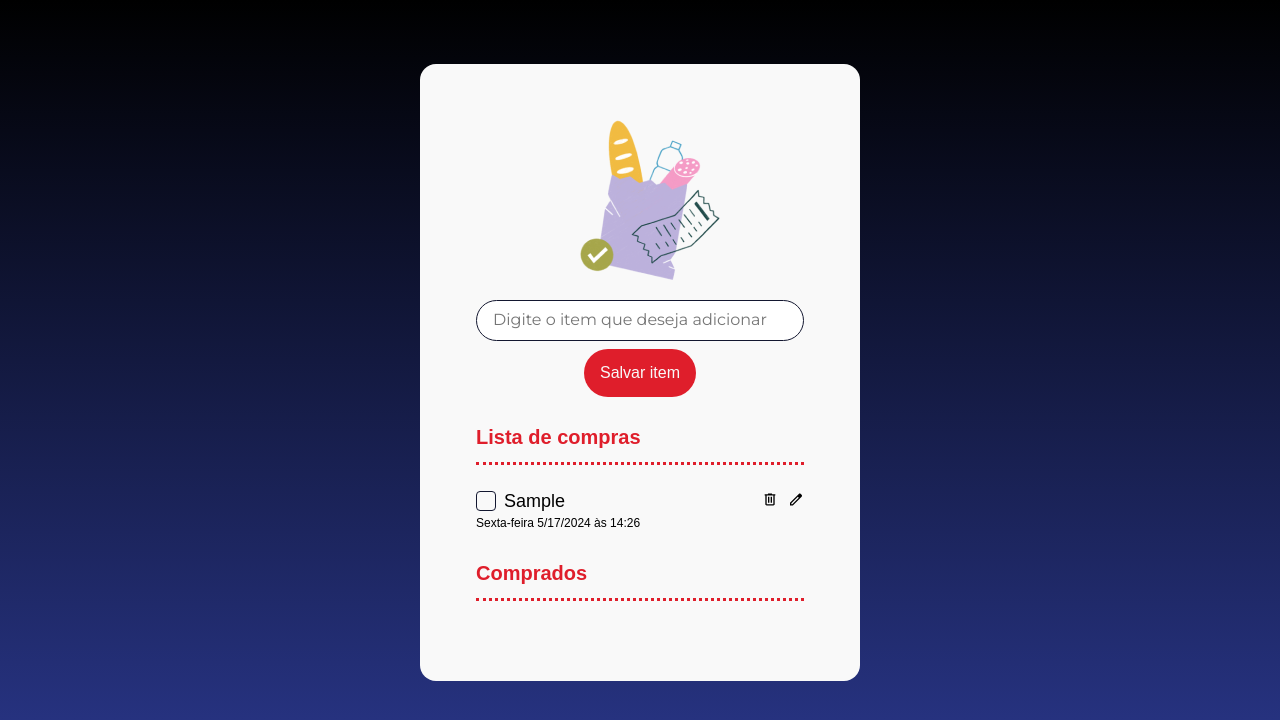
Repository: joaoPraiaJunior/compras_js
Page: index.html
The author's editor kept a copy of each file at every save. The page is drawn from the files as they stood at one save, then again after the next save.
The browser window is 1280 px wide. The pictures show the whole page.
Empty fields were first filled with sample values (such as "Sample", 5 or name@example.com).
After loading, the first visible `form.compras` was submitted once.
Some web fonts or font styles are not loaded; a fallback is used.

Above is the page before, as saved 2024-08-24 01:05:49.

### index.html
<!DOCTYPE html>
<html lang="pt-BR" dir="ltr">

<head>
    <meta charset="UTF-8">
    <meta name="viewport" content="width=device-width, initial-scale=1.0">
    <meta name="description" content="Lista de compras">
    <title>Lista de Compras</title>
    <link rel="preconnect" href="https://fonts.googleapis.com">
    <link rel="preconnect" href="https://fonts.gstatic.com" crossorigin>
    <link href="https://fonts.googleapis.com/css2?family=Krona+One&family=Montserrat&family=Numans&display=swap" rel="stylesheet">
    <link rel="stylesheet" href="./css/styles.css">
</head>

<body>
    <header>
        <img src="./img/bag.png" alt="sacola de compras">
    </header>
    <main>
        <form class="compras" data-js="form-compras">
            <input class="compras__campo" type="text" name="compra" placeholder="Digite o item que deseja adicionar" data-js="input-do-item" required>
            <button type="submit" class="compras__botao" data-js="botao-adicionar-item">Salvar item</button>
        </form>
        <h1>Lista de compras</h1>
        <hr>

        <ul class="lista" data-js="lista-de-compras">

        </ul>

        <p data-js="mensagem">Sua lista está vazia. Adicione itens a ela para não esquecer nada na próxima compra!</p>

        <h2>Comprados</h2>
        <hr>

        <ul class="comprados" data-js="itens-comprados">

        </ul>
    </main>
    <script type="module" src="./js/scripts.js"></script>
</body>

</html>

### css/styles.css
* {
    box-sizing: border-box;
    margin: 0;
    padding: 0;
}

html {
    font-size: 62.5%;
}

:root {
    --cor-primaria: #df1e2b;
    --cor-secundaria: #C2373F;
    --neutro: #F9F9F9;
    --preto: #131730;
    --fonte-titulo: "Krona One", sans-serif;
    --fonte-texto: 'Numans', sans-serif;
    --degrade-azul: linear-gradient(180deg, #000000 0%, #26327F 100%);
}

body {
    display: flex;
    flex-direction: column;
    align-items: center;
    background: var(--degrade-azul);
    background-repeat: no-repeat;
    font-size: 1.6rem;
    height: 100vh;
}

header {
    text-align: center;
    margin-top: 6.4rem;
    background-color: var(--neutro);
    border-radius: 1.6rem 1.6rem 0 0;
    padding: 5.6rem 5.6rem 1.6rem 5.6rem;
    width: 44.0rem;

}

main {
    display: flex;
    flex-direction: column;
    align-items: center;
    gap: 2.4rem;
    background-color: var(--neutro);
    border-radius: 0 0 1.6rem 1.6rem;
    padding: 0 5.6rem 5.6rem 5.6rem;
    width: 44.0rem;
}

h1, h2 {
    align-self: flex-start;
    font-family: var(--fonte-titulo);
    font-size: 2.0rem;
    color: var(--cor-primaria);
    line-height: 3.3rem;
}

hr {
    border: none;
    border-bottom: .3rem dotted var(--cor-primaria);
    margin-bottom: 2.4rem;
    width: 100%;
}

hr:empty {
    margin-top: calc(1.6rem * -1);
    margin-bottom: 0;
}

p, label {
    font-family: var(--fonte-texto);
    font-size: 1.8rem;
    font-weight: 400;
    text-align: left;
    line-height: 2.4rem;
}


.compras {
    display: flex;
    flex-direction: column;
    gap: .8rem;
    width: 100%;
}

.compras__campo {
    border: .1rem solid var(--preto);
    border-radius: 2.4rem;
    padding: 1.2rem 1.6rem;
}

.compras__campo::placeholder {
    font-family: "Montserrat", sans-serif;
    font-size: 1.6rem;
    line-height: 1.9rem;
}

.compras__botao {
    align-self: center;
    font-family: var(--fonte-texto);
    font-size: 1.6rem;
    line-height: 2.4rem;
    color: var(--neutro);
    background-color: var(--cor-primaria);
    border: none;
    border-radius: 2.4rem;
    padding: 1.2rem 1.6rem;
    cursor: pointer;
}

.lista, .comprados {
    list-style: none;
    width: 100%;
}

.lista__item {
    margin-bottom: 1.0rem;
}

.lista__item:last-child {
    margin-bottom: 0;
}

.lista__item--comprado {
    text-decoration: line-through;
}

.lista__container {
    display: flex;
    align-items: center;
    justify-content: space-between;
}

.lista__compra {
    display: flex;
    align-items: center;
}

.lista__etiqueta {
    cursor: pointer;
}

.lista__data {
    font-size: 1.2rem;
    line-height: 2.0rem;
}

.checkbox {
    display: flex;
    align-items: center;
    flex-direction: row-reverse;
    cursor: pointer;
}
.checkbox__input {
    opacity: 0;
    width: 0;
    height: 0;
}

.checkbox__customizado {
    background-color: var(--neutro);
    margin-right: .8rem;
    border: .1rem solid var(--preto);
    border-radius: .4rem;
    width: 2.0rem;
    height: 2.0rem;
    cursor: pointer
}

.checkbox__customizado--checked {
    position: relative;
    background-color: var(--preto);
}

.checkbox__customizado--checked::before {
    content: "";
    position: absolute;
    top: -10%;
    left: 30%;
    width: .5rem;
    height: 1.4rem;
    border-top: .2rem solid var(--neutro);
    border-left: .2rem solid var(--neutro);
    transform: rotate(-140deg);
}

.botao {
    display: flex;
    gap: 1.0rem;
}

.botao__excluir, .botao__editar {
    background-color: transparent;
    border: none;
    cursor: pointer;
}

### js/scripts.js
import adicionarItemDeCompra from './modulos/adicionarItemDeCompra.js';

const elementos = {
    formCompras: '[data-js="form-compras"]',
}

const formCompras = document.querySelector(elementos.formCompras);


formCompras.addEventListener('submit', adicionarItemDeCompra);

### js/modulos/adicionarItemDeCompra.js
import criarItemDaLista from './criarItemDaLista.js';
import mensagemListaVazia from './mensagemListaVazia.js';

let contadorDeItens = 0;

function adicionarItemDeCompra(evento) {

    const elementos = {
        inputDoItem: '[data-js="input-do-item"]',
        listaDeCompras: '[data-js="lista-de-compras"]',
    }

    const inputDoItem = document.querySelector(elementos.inputDoItem);
    const listaDeCompras = document.querySelector(elementos.listaDeCompras);

    evento.preventDefault();

    const itemDeCompra = inputDoItem.value;
    inputDoItem.value = '';
    contadorDeItens++;
    listaDeCompras.appendChild(criarItemDaLista(itemDeCompra, contadorDeItens));
    mensagemListaVazia(listaDeCompras);
}

export default adicionarItemDeCompra;

### js/modulos/criarItemDaLista.js
import checkboxMarcado from "./checkboxMarcado.js";
import dataHora from "./dataHora.js";
import { editarItem } from "./editarItem.js";
import { excluirItem } from "./excluirItem.js";
import textoCapitalizado from "./textoCapitalizado.js";

function criarItemDaLista(itemDeCompra, contadorDeItens) {
    const liDaLista = document.createElement('li');
    const divContainer = document.createElement('div');
    const divListaDeCompras = document.createElement('div');
    const labelDoCheckbox = document.createElement('label');
    const spanDoLabel = document.createElement('span');
    const inputCheckbox = document.createElement('input');
    const checkBoxCustomizado = document.createElement('span');
    const divBotao = document.createElement('div');
    const botaoExcluir = document.createElement('button');
    const botaoEditar = document.createElement('button');
    const iconeExcluir = document.createElement('img');
    const iconeEditar = document.createElement('img');
    const paragrafoData = document.createElement('p');
    const data = document.createElement('time');
    const horas = document.createElement('time');

    liDaLista.classList.add('lista__item');
    divContainer.classList.add('lista__container');
    divListaDeCompras.classList.add('lista__compra');
    labelDoCheckbox.classList.add('checkbox');
    inputCheckbox.classList.add('checkbox__input');
    checkBoxCustomizado.classList.add('checkbox__customizado');
    checkBoxCustomizado.dataset.js = 'checkbox-customizado';
    divBotao.classList.add('botao');
    botaoExcluir.classList.add('botao__excluir');
    botaoEditar.classList.add('botao__editar');
    paragrafoData.classList.add('lista__data');

    labelDoCheckbox.setAttribute('for', `item-${contadorDeItens}`);
    labelDoCheckbox.dataset.js = 'label-do-checkbox';
    inputCheckbox.setAttribute('type', 'checkbox');
    inputCheckbox.dataset.js = 'input-do-checkbox';
    spanDoLabel.dataset.js = 'span-do-label';
    inputCheckbox.setAttribute('id', `item-${contadorDeItens}`);
    iconeExcluir.setAttribute('src', './img/delete.svg');
    iconeExcluir.setAttribute('alt', 'Botão de excluir item da lista de compras');
    iconeEditar.setAttribute('src', './img/edit.svg');
    iconeEditar.setAttribute('alt', 'Botão de editar item da lista de compras');

    liDaLista.appendChild(divContainer);
    divContainer.appendChild(divListaDeCompras);
    divListaDeCompras.appendChild(labelDoCheckbox);
    spanDoLabel.textContent = `${textoCapitalizado(itemDeCompra)}`;
    labelDoCheckbox.appendChild(spanDoLabel);
    labelDoCheckbox.appendChild(inputCheckbox);
    labelDoCheckbox.appendChild(checkBoxCustomizado);
    divContainer.appendChild(divBotao);
    divBotao.appendChild(botaoExcluir);
    divBotao.appendChild(botaoEditar);
    botaoExcluir.appendChild(iconeExcluir);
    botaoEditar.appendChild(iconeEditar);
    liDaLista.appendChild(dataHora(paragrafoData, data, horas));

    checkboxMarcado(labelDoCheckbox, liDaLista, paragrafoData, data, horas);
    excluirItem(liDaLista, botaoExcluir);
    editarItem(liDaLista, botaoEditar, paragrafoData, data, horas);


    return liDaLista;
}

export default criarItemDaLista;

### js/modulos/mensagemListaVazia.js
function mensagemListaVazia(listaDeCompras) {

const elementos = {
    mensagem: '[data-js="mensagem"]',
}

const mensagem = document.querySelector(elementos.mensagem);

    if(listaDeCompras.childElementCount === 0) {

        mensagem.style.display = 'block';

    } else {

        mensagem.style.display = 'none';
    }
}

export default mensagemListaVazia;

### js/modulos/checkboxMarcado.js
import alteracaoVisualDoCheckbox from "./alteracaoVisualDocheckBox.js";
import inserirItensComprados from "./inserirItensComprados.js";

function checkboxMarcado(labelDoCheckbox, liDaLista, paragrafoData, data, horas) {

    const elementos = {
        inputDoCheckbox: '[data-js="input-do-checkbox"]',
        checkBoxCustomizado: '[data-js="checkbox-customizado"]',
    }

    labelDoCheckbox.addEventListener('click', function (evento) {
        const checkboxAlvo = evento.currentTarget.querySelector(elementos.inputDoCheckbox);
        const checkboxcustomizadoAlvo = evento.currentTarget.querySelector(elementos.checkBoxCustomizado);

        alteracaoVisualDoCheckbox(checkboxAlvo, checkboxcustomizadoAlvo);
        inserirItensComprados(checkboxAlvo, liDaLista, paragrafoData, data, horas);
    });
}

export default checkboxMarcado;

### js/modulos/dataHora.js
function dataHora(paragrafoData, data, horas) {

    data.textContent =  `${new Date().toLocaleDateString()}`;
    data.setAttribute('datetime', `${new Date().toLocaleDateString("en-CA", {year: 'numeric', month: '2-digit', day: '2-digit'})}`);
    horas.textContent = `${new Date().toLocaleTimeString("pt-BR", { hour: "numeric", minute: "numeric" })}`;
    paragrafoData.textContent = `${new Date().toLocaleDateString("pt-BR", { weekday: "long" }).charAt(0).toUpperCase() + new Date().toLocaleDateString("pt-BR", { weekday: "long" }).slice(1)} `;
    paragrafoData.appendChild(data);
    paragrafoData.innerHTML += ' às ';
    paragrafoData.appendChild(horas);

    return paragrafoData;
}

export default dataHora;

### js/modulos/editarItem.js
import dataHora from "./dataHora.js";
import textoCapitalizado from "./textoCapitalizado.js";

const editarItem = (liDaLista, botaoEditar, paragrafoData, data, horas) => {

    const elementos = {
        spanDoLabel: '[data-js="span-do-label"]',
    }

    const etiqueta = liDaLista.querySelector(elementos.spanDoLabel);

    botaoEditar.addEventListener('click', function () {

        const novoItem = prompt('Digite o novo nome do item:');

        if (novoItem !== null && novoItem.trim() !== '') {
            etiqueta.textContent = textoCapitalizado(novoItem);
            liDaLista.appendChild(dataHora(paragrafoData, data, horas));
        }
    });
}

export { editarItem };

### js/modulos/excluirItem.js
import mensagemListaVazia from './mensagemListaVazia.js';

const excluirItem = (liDaLista, botaoExcluir) => {

    const elementos = {
        listaDeCompras: '[data-js="lista-de-compras"]',
    }

    const listaDeCompras = document.querySelector(elementos.listaDeCompras);

    botaoExcluir.addEventListener('click', function () {

        const confirmaExclusao = confirm('Deseja realmente excluir este item da lista?');

        if (confirmaExclusao) {
            liDaLista.remove();
        }

        mensagemListaVazia(listaDeCompras);

    });
};


export { excluirItem };

### js/modulos/textoCapitalizado.js
function textoCapitalizado(itemDeCompra) {

    const palavras = itemDeCompra.split(' ');

    const palavrasCapitalizadas = palavras.map(function (palavra) {
        return palavra.charAt(0).toUpperCase() + palavra.slice(1).toLowerCase();
    });

    return palavrasCapitalizadas.join(' ');
}

export default textoCapitalizado;

### js/modulos/alteracaoVisualDocheckBox.js
function alteracaoVisualDoCheckbox(checkboxAlvo, checkboxCustomizadoAlvo) {
    if (checkboxAlvo.checked) {
        checkboxCustomizadoAlvo.classList.add('checkbox__customizado--checked');
    } else {
        checkboxCustomizadoAlvo.classList.remove('checkbox__customizado--checked');
    }
}

export default alteracaoVisualDoCheckbox;

### js/modulos/inserirItensComprados.js
import dataHora from "./dataHora.js";

function inserirItensComprados(checkboxAlvo, liDaLista, paragrafoData, data, horas) {

    const elementos = {
        listaDeCompras: '[data-js="lista-de-compras"]',
        itensComprados: '[data-js="itens-comprados"]',
    }

    const itensComprados = document.querySelector(elementos.itensComprados);
    const listaDeCompras = document.querySelector(elementos.listaDeCompras);

    if (checkboxAlvo.checked) {
        itensComprados.appendChild(liDaLista);
        liDaLista.classList.add('lista__item--comprado');
    } else {
        listaDeCompras.appendChild(liDaLista);
        liDaLista.classList.remove('lista__item--comprado');
    }

    liDaLista.appendChild(dataHora(paragrafoData, data, horas));
}

export default inserirItensComprados;

After the next save:
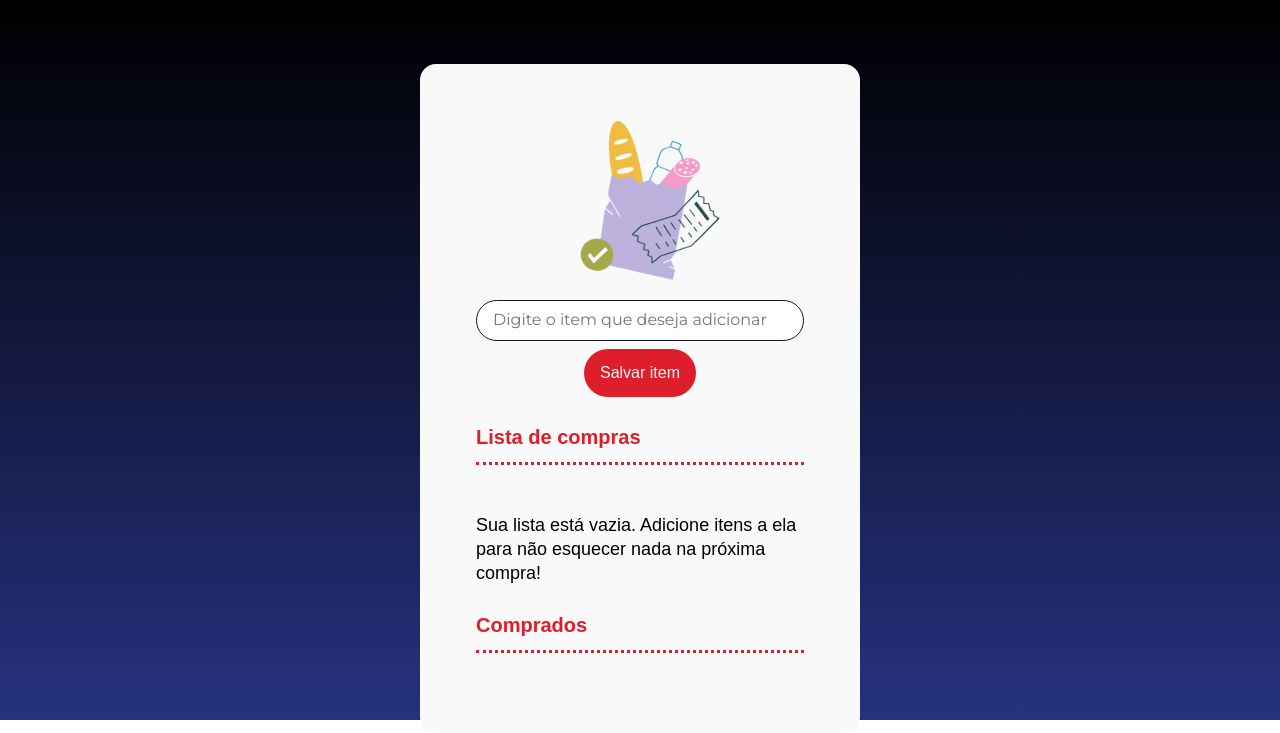
Console error: TypeError: listaDeCompras.appendChild is not a function
Saved 77 s later.
--- a/js/modulos/adicionarItemDeCompra.js
+++ b/js/modulos/adicionarItemDeCompra.js
@@ -11,7 +11,7 @@
     }
 
     const inputDoItem = document.querySelector(elementos.inputDoItem);
-    const listaDeCompras = document.querySelector(elementos.listaDeCompras);
+    const listaDeCompras = document.getElementsByClassName('lista');
 
     evento.preventDefault();
 

After the save that followed:
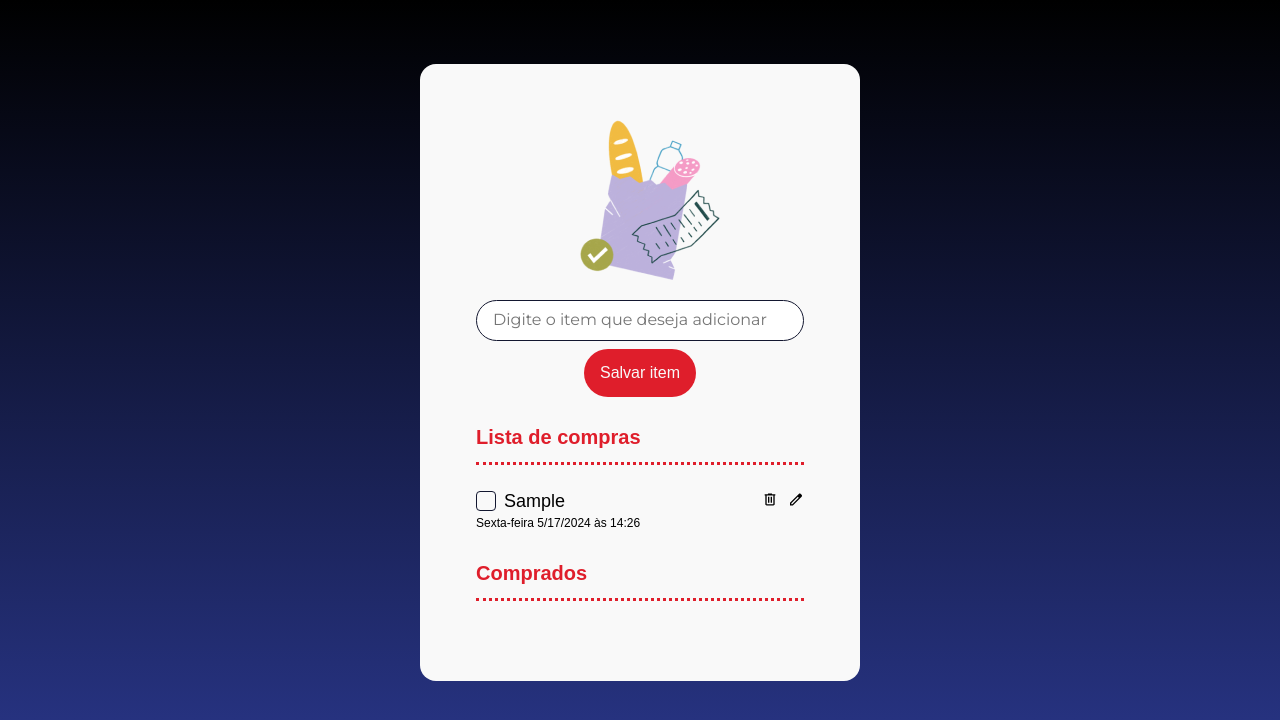
The error is gone.
Saved 2 min 17 s later.
--- a/js/modulos/adicionarItemDeCompra.js
+++ b/js/modulos/adicionarItemDeCompra.js
@@ -11,7 +11,7 @@
     }
 
     const inputDoItem = document.querySelector(elementos.inputDoItem);
-    const listaDeCompras = document.getElementsByClassName('lista');
+    const listaDeCompras = document.getElementsByClassName('lista')[0];
 
     evento.preventDefault();
 
